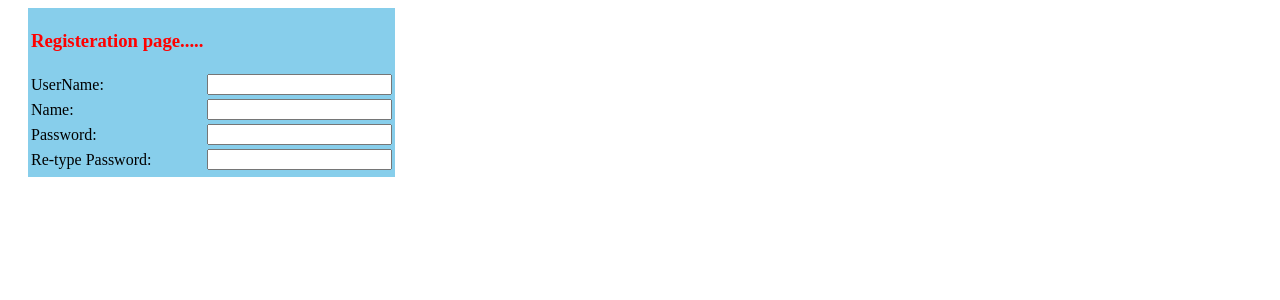
Repository: KeshavDeveloper/Dynamic-web-app
Page: http://localhost/MyRegistrationProject/register.jsp
The author's editor kept a copy of each file at every save. The page is drawn from the files as they stood at one save, then again after the next save.
The browser window is 1280 px wide. The pictures show the whole page.
The page is served by Tomcat 9.

Above is the page before, as saved 2018-06-26 22:20:52.

After the next save:
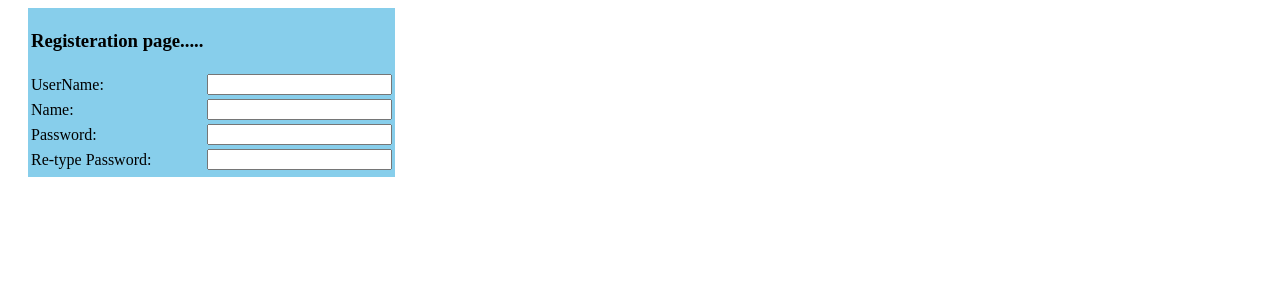
Saved 85 s later.
--- a/MyRegistrationProject/WebContent/register.jsp
+++ b/MyRegistrationProject/WebContent/register.jsp
@@ -11,7 +11,7 @@
 <form action="LoginRegister">
 <table style="background-color:skyblue;margin-left:20px;margin-right:20px;">
 <tr>
-<td>   <h3 style="color: red;" >Registeration page.....</h3></td>
+<td>   <h3 style="color: black;" >Registeration page.....</h3></td>
 <td></td>
 
 
